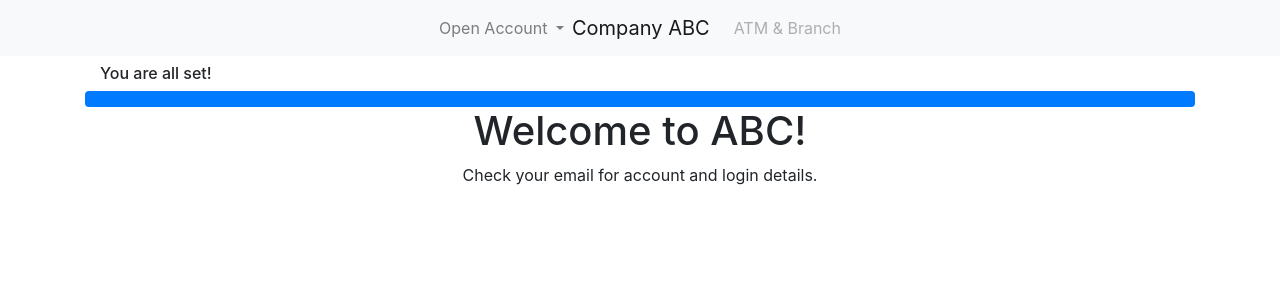
Repository: barriosan95/banking-opening-account-demo
Page: http://localhost/checking/application/customerInfo/finances/agreements/deposit/success
The author's editor kept a record of every edit. The page is drawn from the files as they stood at one moment, then again after the next edit.
The browser window is 1280 px wide. The pictures show the whole page.
Some web fonts or font styles are not loaded; a fallback is used. Some web libraries are served in a nearby version. The page is served by the project's Node server (index.js).

Above is the page before.

### views/success_app.ejs
<% include ./partials/header %>
    <div class ="container">
        <div class ="container mt-2">
            <h6 class="mb-0"> You are all set!<h6>
        </div>
        <div class="progress">
            <div class="progress-bar" role="progressbar" style="width: 100%" aria-valuenow="100im " aria-valuemin="0" aria-valuemax="100"></div>
        </div>
    </div>
    <div class ="container">
         <div class= "row">
             <div class ="col-md-12 text-center">
                 <h1> Welcome to ABC! </h1>
                 <p> Check your email for account and login details.</p>
             </div>
         </div>
    </div>

<% include ./partials/footer %>

### views/partials/header.ejs
<!DOCTYPE HTML!>
<html>

    <head>


        <!--CDN Bootstrap v4.1.3-->
        <link rel="stylesheet" href="https://stackpath.bootstrapcdn.com/bootstrap/4.1.3/css/bootstrap.min.css">
        <link rel="stylesheet" href="https://cdnjs.cloudflare.com/ajax/libs/font-awesome/4.7.0/css/font-awesome.min.css">

        <!--Ref stylesheets -->
        <link rel= "stylesheet" type="text/css" href="/styles/app.css">


        <!--font -->
        <link href="https://fonts.googleapis.com/css?family=Muli:200,300,400,700,800" rel="stylesheet">


        <!--Will ensure proper responsivness on mobile devices-->
        <meta name="viewport" content="width=device-width, initial-scale=1, shrink-to-fit=no">

        <title> Banking OA Demo </title>

        <meta name="viewport" content="width=device-width, initial-scale=1, maximum-scale=1, user-scalable=no">

    </head>

    <body>

    <!--NAVBAR-->
        <nav class="navbar navbar-expand-lg navbar-light bg-light">
            <button class="navbar-toggler" type="button" data-toggle="collapse" data-target="#navbarNavDropdown" aria-controls="navbarNavDropdown" aria-expanded="false" aria-label="Toggle navigation">
                <span class="navbar-toggler-icon"></span>
            </button>

            <div class="collapse navbar-collapse" id="navbarNavDropdown">
                <ul class="navbar-nav mx-auto">
                    <li class="nav-item dropdown">
                        <a class="nav-link dropdown-toggle" href="#" id="navbarDropdown" role="button" data-toggle="dropdown">
                            Open Account
                        </a>
                        <div class="dropdown-menu" aria-labelledby="navbarDropdown">
                          <a class="dropdown-item" href="/checking">Checking Accounts</a>
                          <div class="dropdown-divider"></div>
                          <a class="dropdown-item" href="/savings">Savings Accounts </a>
                          <div class="dropdown-divider"></div>
                          <a class="dropdown-item" href="#">Money Market Accounts</a>
                          <div class="dropdown-divider"></div>
                          <a class="dropdown-item" href="#">CD and IRA's</a>

                        </div>
                    </li>
                    <a class="navbar-brand" href="/"> Company ABC </a>
                     <li class="nav-item">
                        <a class="nav-link disabled" href="#">ATM & Branch</a>
                     </li>
                </ul>
            </div>
        </nav>

### views/partials/footer.ejs

        <!--Bootstrap js scripts-->
        <script src="https://code.jquery.com/jquery-3.3.1.min.js" integrity="sha256-FgpCb/KJQlLNfOu91ta32o/NMZxltwRo8QtmkMRdAu8="crossorigin="anonymous"></script>
        <script src="https://cdnjs.cloudflare.com/ajax/libs/popper.js/1.12.9/umd/popper.min.js" integrity="sha384-ApNbgh9B+Y1QKtv3Rn7W3mgPxhU9K/ScQsAP7hUibX39j7fakFPskvXusvfa0b4Q" crossorigin="anonymous"></script>
        <script src="https://maxcdn.bootstrapcdn.com/bootstrap/4.0.0/js/bootstrap.min.js" integrity="sha384-JZR6Spejh4U02d8jOt6vLEHfe/JQGiRRSQQxSfFWpi1MquVdAyjUar5+76PVCmYl" crossorigin="anonymous"></script>
        <!--JS SCIPTs -->

        <script src="/js/forms.js"></script>
        <script src="https://cdn.jsdelivr.net/npm/jquerykeyframes@1.0.5/dist/jquery.keyframes.min.js"></script>

    </body>
</html>

### index.js
const express = require('express');


const mainRoutes = require('./routes/main');

//APP CONFIGURATIONS
var app = express();
    app.set('view engine','ejs');
    app.use(express.static("public"));
    app.use(mainRoutes);





app.listen(process.env.PORT,process.env.IP,function(){
    console.log('Server established.');
});

### routes/main.js
const express = require('express');

const router = express.Router();

router.get("/", function(req,res){
    res.render('main');
});

router.get("/checking",function(req,res){
    res.render('checking');
});

router.get("/savings",function(req,res){
    res.render('savings');
});

router.get("/checking/application",function(req,res){
   res.render('checking_app');
});

router.get("/checking/application/customerInfo",function(req,res){
   res.render('info_app');
});

router.get("/checking/application/customerInfo/finances", function(req,res){
    res.render('finances_app');
});

router.get("/checking/application/customerInfo/finances/agreements", function(req,res){
    res.render('agreement_app');
});

router.get("/checking/application/customerInfo/finances/agreements/deposit", function(req,res){
    res.render('deposit_app');
});

router.get("/checking/application/customerInfo/finances/agreements/deposit/success", function(req,res){
    res.render('success_app');
});


module.exports = router;

### public/styles/app.css
.app-img{
    max-height: 40%;
    max-width: 40%;
}

Loaded but not shown: public/js/forms.js (no copy from this time; the picture is the same without it)

After the next edit:
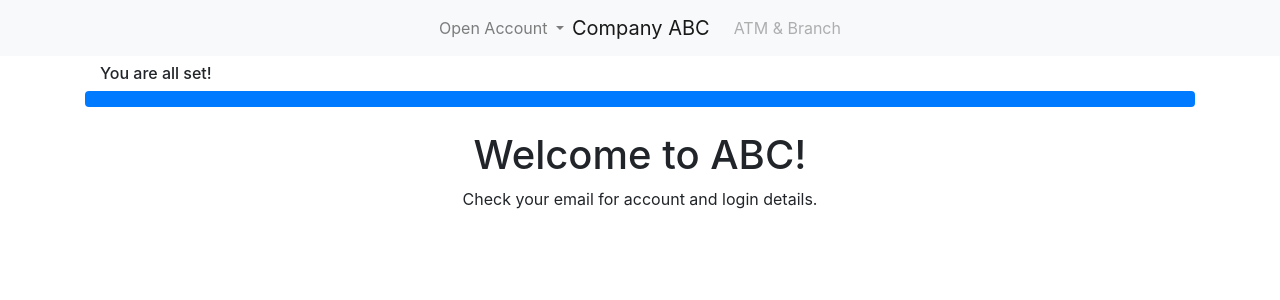
The edit:
--- a/views/success_app.ejs
+++ b/views/success_app.ejs
@@ -7,7 +7,7 @@
             <div class="progress-bar" role="progressbar" style="width: 100%" aria-valuenow="100im " aria-valuemin="0" aria-valuemax="100"></div>
         </div>
     </div>
-    <div class ="container">
+    <div class ="container mt-4">
          <div class= "row">
              <div class ="col-md-12 text-center">
                  <h1> Welcome to ABC! </h1>
